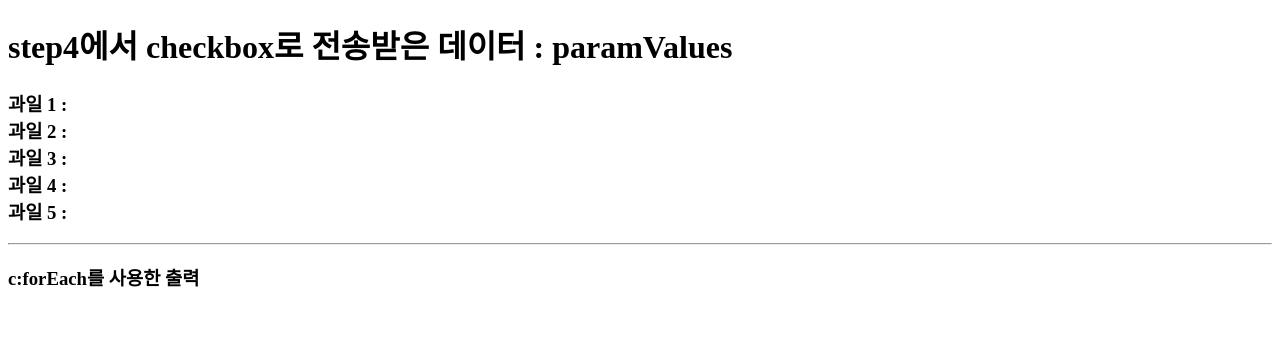
Repository: HaeunOh/study
Page: http://localhost/jstl_study/step-5.jsp
The author's editor kept a copy of each file at every save. The page is drawn from the files as they stood at one save, then again after the next save.
The browser window is 1280 px wide. The pictures show the whole page.
The page is served by Tomcat 9.

Above is the page before, as saved 2024-04-11 03:58:31.

After the next save:
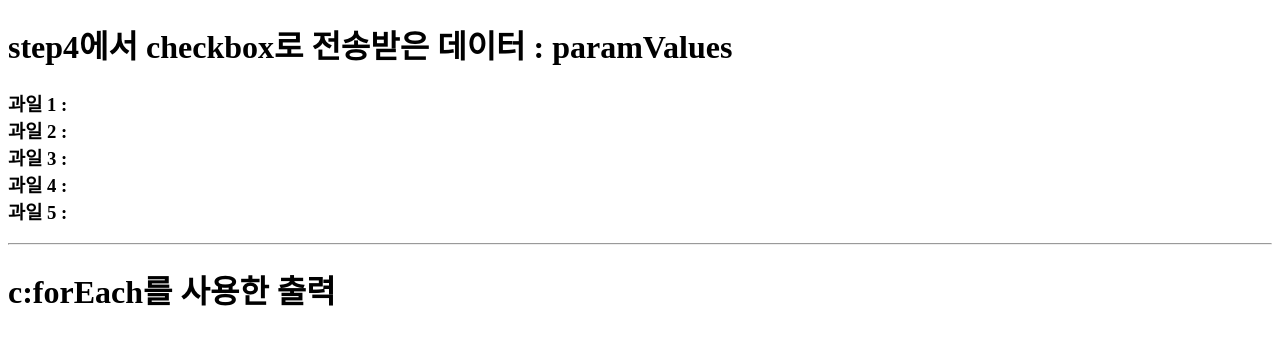
Saved 64 s later.
--- a/_jstl_workspace/jstl_study/src/main/webapp/step-5.jsp
+++ b/_jstl_workspace/jstl_study/src/main/webapp/step-5.jsp
@@ -19,9 +19,11 @@
 
 	<hr>
 	<!-- varStatus의 index : 번지(0부터), count : 개수(1개부터 시작)-->
-	<h3>c:forEach를 사용한 출력</h3>
+	<h1>c:forEach를 사용한 출력</h1>
 	<c:forEach items="${paramValues.food }" var="foods" varStatus="i">
-	 	h4
+	 	<h3>
+	 	과일 : ${i.index } / ${i.count } : ${foods } <br>
+	 	</h3>
 	</c:forEach>
 
 </body>
